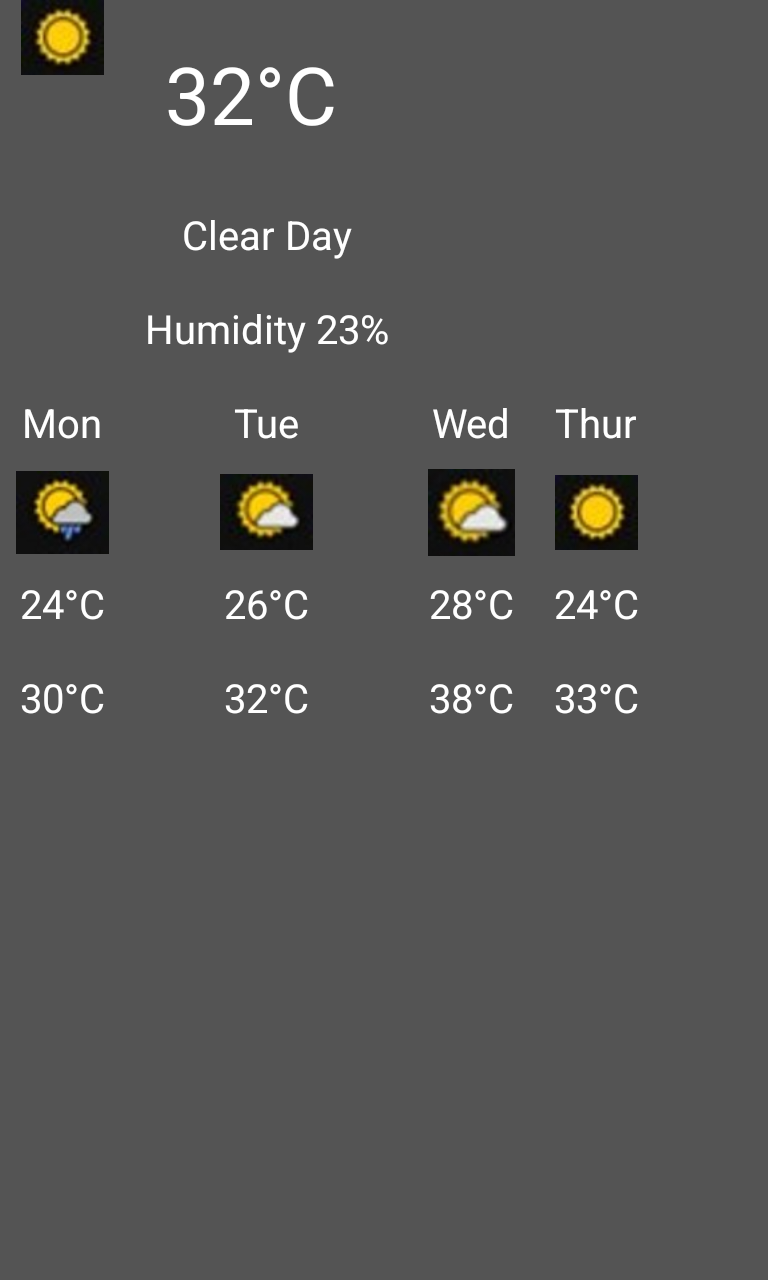
Repository: 12030121002/androideventhandling
Layout: Demo/res/layout/weather.xml
An editor plug-in stored every save of this project. The layout is shown before and after the next save, followed by the edit.
It is drawn on a 768 x 1280 px phone screen (xhdpi) without system bars, with theme AppTheme; the app's code is not run.

Above is the layout before, as saved 2014-12-08 05:13:58.

After the next save:
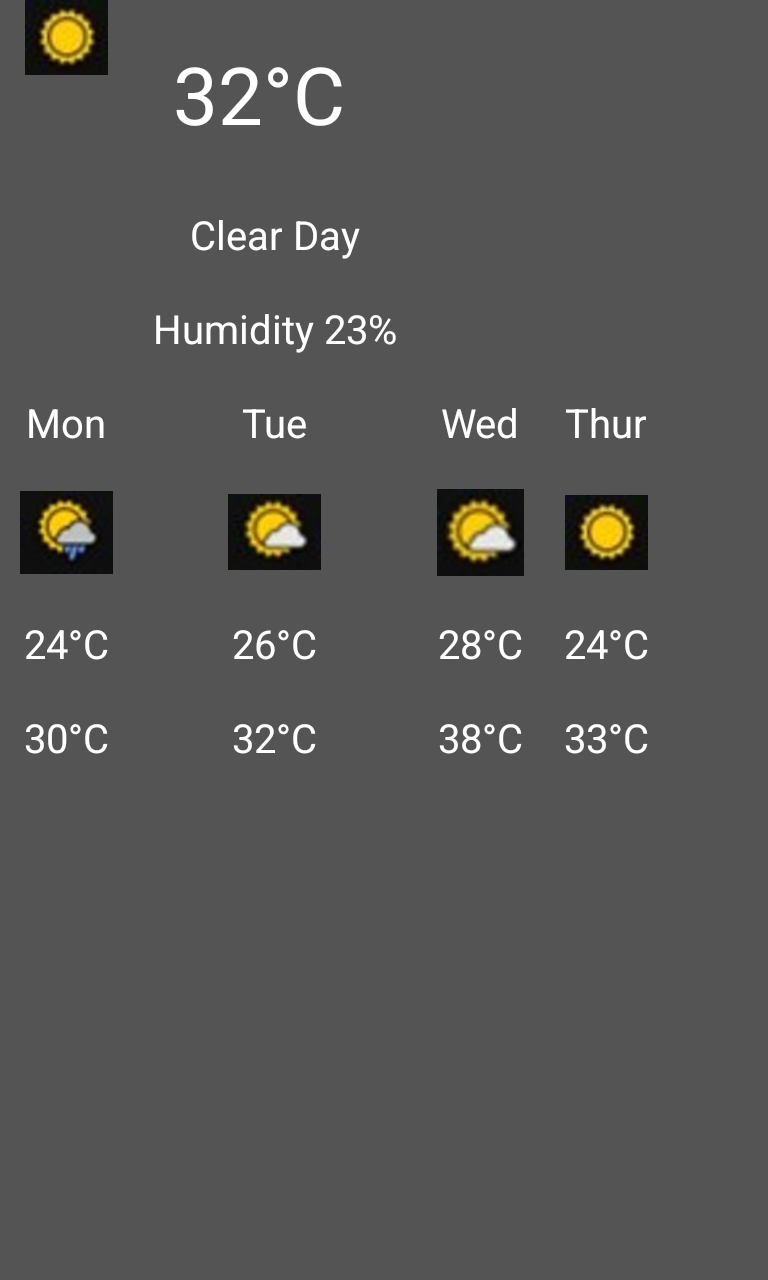
Saved 4 min 22 s later.
--- a/Demo/res/layout/weather.xml
+++ b/Demo/res/layout/weather.xml
@@ -103,28 +103,32 @@
         android:layout_width="wrap_content"
         android:layout_height="wrap_content"
         android:src="@drawable/tuesday"
-        android:layout_gravity="center" />
+        android:layout_gravity="center"
+        android:padding="10dp"/>
 
     <ImageView
         android:id="@+id/imageView2"
         android:layout_width="wrap_content"
         android:layout_height="wrap_content"
         android:src="@drawable/monday"
-        android:layout_gravity="center"/>
+        android:layout_gravity="center"
+        android:padding="10dp"/>
 
     <ImageView
         android:id="@+id/imageView5"
         android:layout_width="wrap_content"
         android:layout_height="wrap_content"
         android:src="@drawable/thursday"
-        android:layout_gravity="center"/>
+        android:layout_gravity="center"
+        android:padding="10dp"/>
 
     <ImageView
         android:id="@+id/imageView4"
         android:layout_width="wrap_content"
         android:layout_height="wrap_content"
         android:src="@drawable/wednesday"
-        android:layout_gravity="center" />
+        android:layout_gravity="center"
+        android:padding="10dp" />
 
    </TableRow>
 
